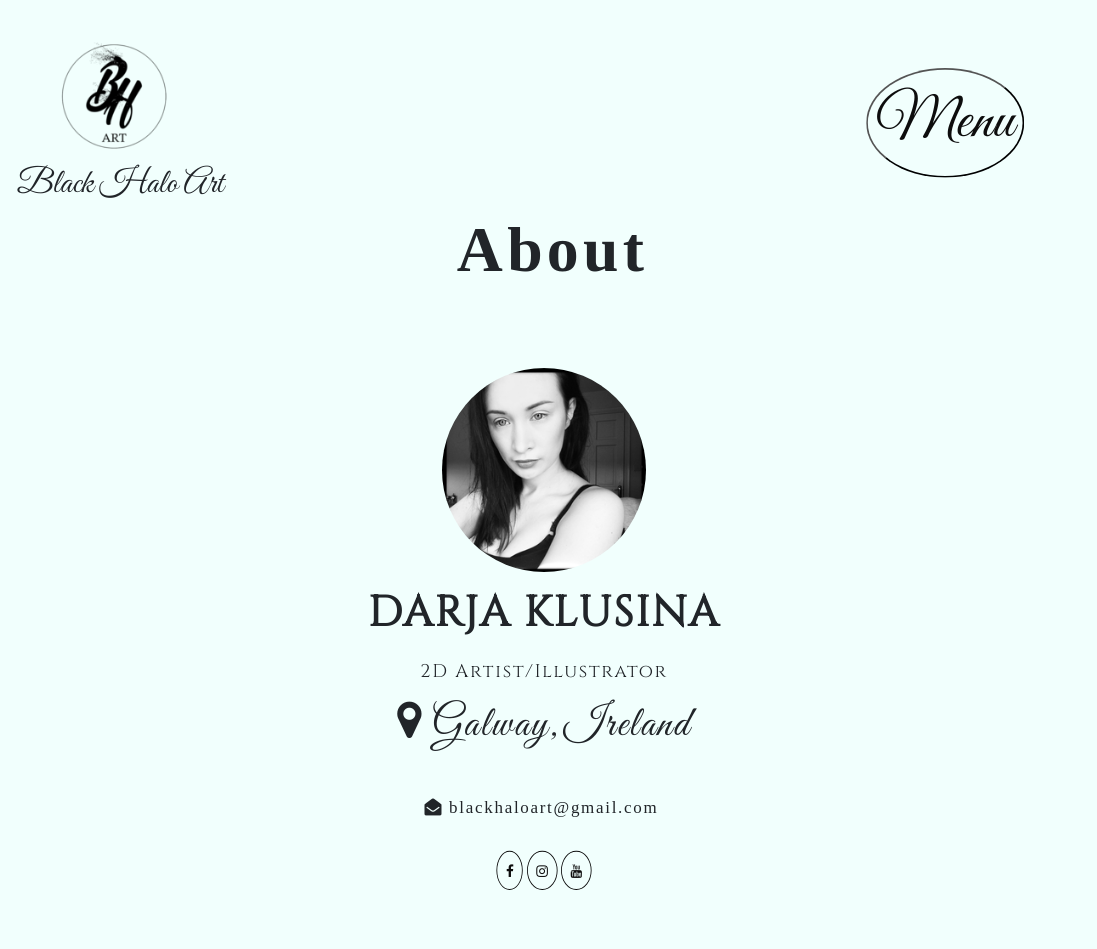
Repository: Cosy-Chaos/project-time
Page: about.html
The author's editor kept a record of every edit. The page is drawn from the files as they stood at one moment, then again after the next edit.
The browser window is 1280 px wide. The page is 1290 px wide, so the pictures cover 1290 px, including what lies to the right of the window. The pictures show the whole page, at 85% of full size.

Above is the page before.

After the next edit:
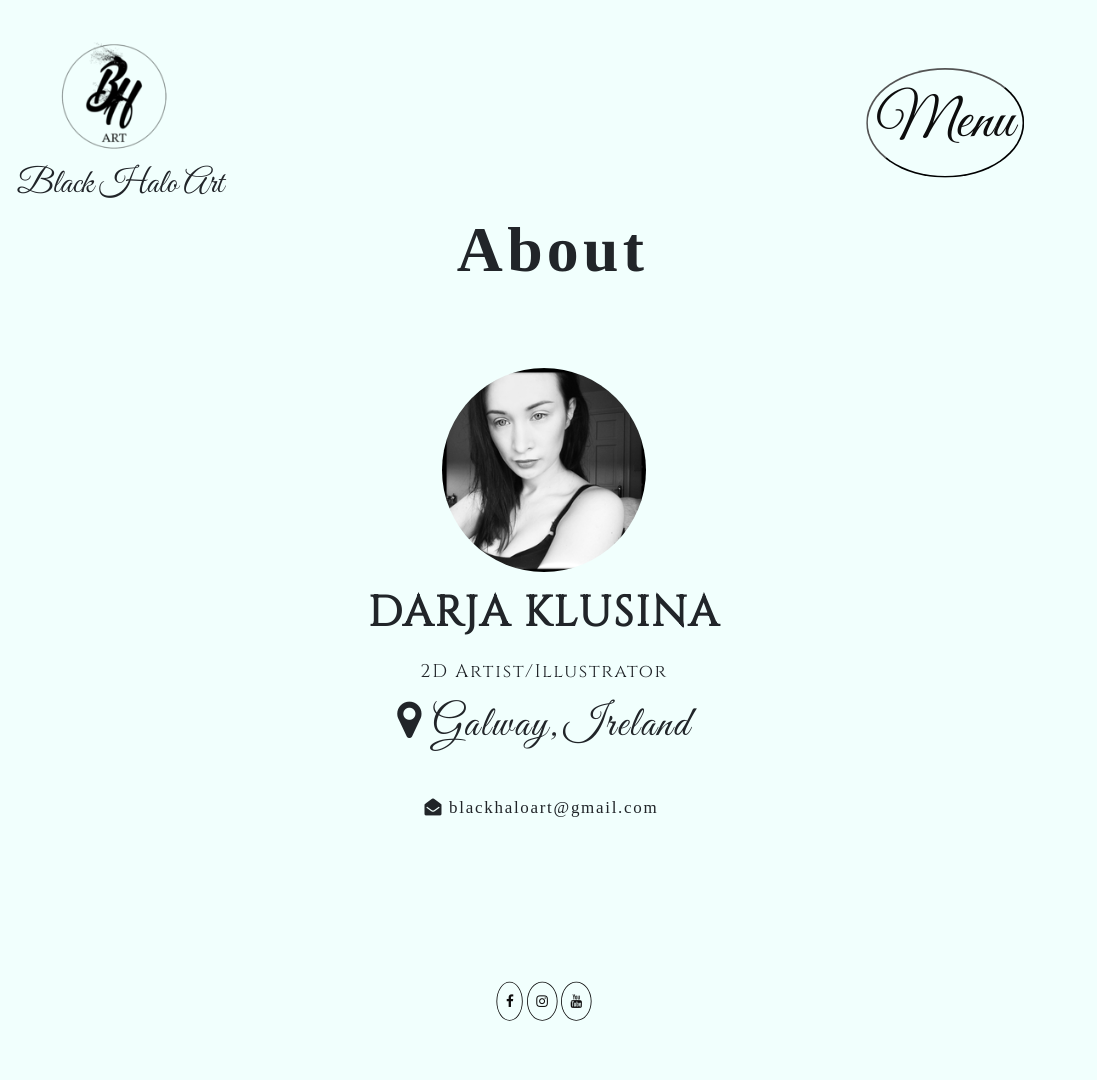
The edit:
--- a/assets/style_about.css
+++ b/assets/style_about.css
@@ -212,7 +212,7 @@
 }
 
 .about-social {
-    margin-top: 1.625rem;
+    margin-top: 180px;
 }
 
 
